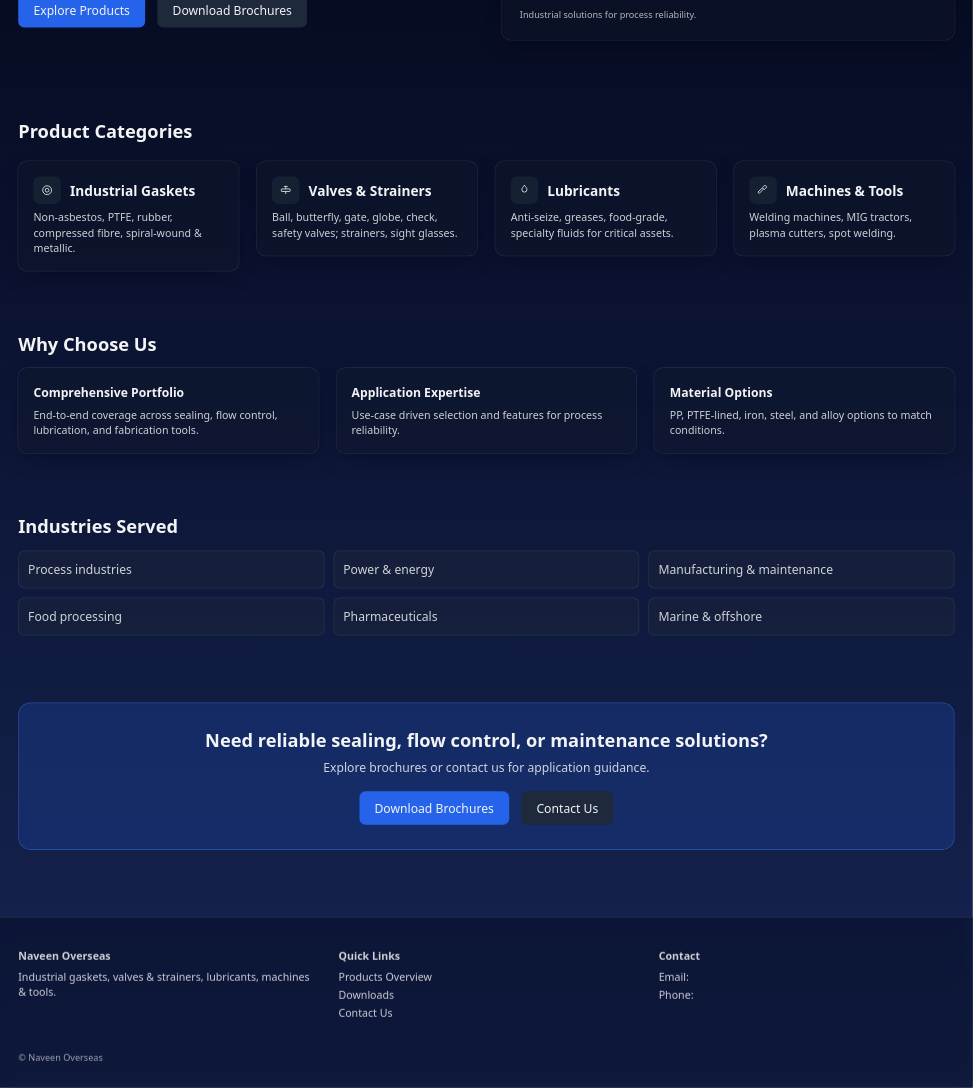
Repository: krish634-ai/overs
Page: /
An editor plug-in stored every save of this project. The page is shown before and after the next save, followed by the edit.
The browser window is 1280 px wide. The pictures show the part of the page from y = 345 to 1920 px (the page is 1776 px tall before and 1920 px after), at 76% of full size.
Pictures or frames that could not be fetched are drawn as grey boxes. The project was rebuilt for these pictures with package versions that can differ from the ones it lists, and the page was loaded fresh each time. Also part of the build but not shown: vite.config.js, src/pages/About.jsx, src/sections/Products/Grid.jsx, src/pages/Products.jsx, src/data/gaskets.js, src/pages/Gaskets.jsx, src/data/valves.js, src/pages/Valves.jsx and 7 more.

Above is the page before, as saved 2025-11-19 19:31:05.

### index.html
<!doctype html>
<html lang="en">
  <head>
    <meta charset="UTF-8" />
    <meta name="viewport" content="width=device-width, initial-scale=1.0" />
    <title>Naveen Overseas</title>
  </head>
  <body>
    <div id="root"></div>
    <script type="module" src="/src/main.jsx"></script>
  </body>
</html>

### src/main.jsx
import React from 'react'
import ReactDOM from 'react-dom/client'
import { BrowserRouter } from 'react-router-dom'
import App from './App.jsx'
import './styles.css'

ReactDOM.createRoot(document.getElementById('root')).render(
  <React.StrictMode>
    <BrowserRouter>
      <App />
    </BrowserRouter>
  </React.StrictMode>
)

### src/App.jsx
import { Routes, Route } from 'react-router-dom'
import Layout from './components/Layout.jsx'
import Home from './pages/Home.jsx'
import About from './pages/About.jsx'
import Products from './pages/Products.jsx'
import Gaskets from './pages/Gaskets.jsx'
import Valves from './pages/Valves.jsx'
import Lubricants from './pages/Lubricants.jsx'
import MachinesTools from './pages/MachinesTools.jsx'
import Contact from './pages/Contact.jsx'
import Downloads from './pages/Downloads.jsx'

export default function App() {
  return (
    <Layout>
      <Routes>
        <Route path="/" element={<Home />} />
        <Route path="/about" element={<About />} />
        <Route path="/products" element={<Products />} />
        <Route path="/gaskets" element={<Gaskets />} />
        <Route path="/valves" element={<Valves />} />
        <Route path="/lubricants" element={<Lubricants />} />
        <Route path="/machines-tools" element={<MachinesTools />} />
        <Route path="/contact" element={<Contact />} />
        <Route path="/downloads" element={<Downloads />} />
      </Routes>
    </Layout>
  )
}

### src/styles.css
@tailwind base;
@tailwind components;
@tailwind utilities;

html, body, #root {
  height: 100%;
}

### src/components/Layout.jsx
import Nav from './Nav.jsx'
import Footer from './Footer.jsx'

export default function Layout({ children }) {
  return (
    <div className="min-h-screen flex flex-col bg-gradient-to-b from-slate-950 to-blue-950 text-gray-100">
      <header className="sticky top-0 z-40 border-b border-slate-800/60 bg-slate-950/60 backdrop-blur">
        <Nav />
      </header>
      <main className="flex-1">{children}</main>
      <Footer />
    </div>
  )
}

### src/pages/Home.jsx
import Hero from '../sections/Home/Hero.jsx'
import Categories from '../sections/Home/Categories.jsx'
import Why from '../sections/Home/Why.jsx'
import Industries from '../sections/Home/Industries.jsx'
import CTA from '../sections/Home/CTA.jsx'

export default function Home() {
  return (
    <div>
      <Hero />
      <Categories />
      <Why />
      <Industries />
      <CTA />
    </div>
  )
}

### src/components/Nav.jsx
import { useState } from 'react'
import { NavLink, Link } from 'react-router-dom'
import { navPrimary, productsDropdown } from '../config/navLinks.js'
import GasketIcon from '../ui/icons/GasketIcon.jsx'
import ValveIcon from '../ui/icons/ValveIcon.jsx'
import LubricantIcon from '../ui/icons/LubricantIcon.jsx'
import ToolsIcon from '../ui/icons/ToolsIcon.jsx'

export default function Nav() {
  const [openProducts, setOpenProducts] = useState(false)
  const [mobileOpen, setMobileOpen] = useState(false)

  const linkClass = ({ isActive }) =>
    `transition-colors hover:text-white ${isActive ? 'text-white' : 'text-white/80'}`

  const productIcons = {
    '/products': ToolsIcon,
    '/gaskets': GasketIcon,
    '/valves': ValveIcon,
    '/lubricants': LubricantIcon,
    '/machines-tools': ToolsIcon,
  }

  return (
    <div className="container mx-auto px-6">
      <div className="flex h-16 items-center justify-between">
        <NavLink to="/" className="text-lg font-semibold tracking-wide">Naveen Overseas</NavLink>
        <div className="hidden md:flex items-center gap-8">
          {navPrimary.map((l) => (
            <NavLink key={l.to} to={l.to} className={linkClass}>{l.label}</NavLink>
          ))}
          <div className="relative">
            <button className="text-white/80 hover:text-white transition-colors inline-flex items-center gap-2" onClick={() => setOpenProducts(v => !v)}>
              Products
              <span className={`transition-transform ${openProducts ? 'rotate-180' : 'rotate-0'}`}>▾</span>
            </button>
            {openProducts && (
              <div className="absolute left-0 mt-3 w-[560px] rounded-xl bg-slate-900/90 backdrop-blur ring-1 ring-white/10 shadow-soft p-6 grid grid-cols-2 gap-4">
                {productsDropdown.map((p, idx) => {
                  const Icon = productIcons[p.to]
                  return (
                    <Link key={p.to} to={p.to} className={`${idx === 0 ? 'col-span-2' : ''} rounded-lg bg-slate-800/40 ring-1 ring-white/10 px-4 py-3 hover:bg-slate-800/60 flex items-center gap-3`}>
                      <div className="h-8 w-8 rounded-md bg-slate-900/60 grid place-items-center text-white/80">{Icon ? <Icon /> : null}</div>
                      <span>{p.label}</span>
                    </Link>
                  )
                })}
              </div>
            )}
          </div>
          <NavLink to="/downloads" className={linkClass}>Downloads</NavLink>
        </div>
        <div className="hidden md:flex items-center gap-3">
          <NavLink to="/contact" className="inline-flex items-center rounded-lg bg-brand px-4 py-2 text-sm font-medium hover:bg-brand-dark">Contact</NavLink>
        </div>
        <button className="md:hidden inline-flex items-center rounded-lg bg-slate-800 px-3 py-2" onClick={() => setMobileOpen(true)}>Menu</button>
      </div>

      {mobileOpen && (
        <div className="fixed inset-0 z-50 bg-slate-950/80 backdrop-blur">
          <div className="absolute inset-x-0 top-0 bg-slate-900/90 p-6 border-b border-white/10">
            <div className="flex items-center justify-between">
              <Link to="/" className="text-lg font-semibold">Naveen Overseas</Link>
              <button className="inline-flex items-center rounded-lg bg-slate-800 px-3 py-2" onClick={() => setMobileOpen(false)}>Close</button>
            </div>
            <div className="mt-6 grid gap-3 text-sm">
              {navPrimary.map((l) => (
                <NavLink key={l.to} to={l.to} className="rounded-lg bg-slate-800/40 px-4 py-3" onClick={() => setMobileOpen(false)}>{l.label}</NavLink>
              ))}
              {productsDropdown.map((p) => {
                const Icon = productIcons[p.to]
                return (
                  <NavLink key={p.to} to={p.to} className="rounded-lg bg-slate-800/40 px-4 py-3 flex items-center gap-3" onClick={() => setMobileOpen(false)}>
                    <div className="h-8 w-8 rounded-md bg-slate-900/60 grid place-items-center text-white/80">{Icon ? <Icon /> : null}</div>
                    <span>{p.label}</span>
                  </NavLink>
                )
              })}
              <NavLink to="/contact" className="rounded-lg bg-brand px-4 py-3 text-center" onClick={() => setMobileOpen(false)}>Contact</NavLink>
            </div>
          </div>
        </div>
      )}
    </div>
  )
}

### src/components/Footer.jsx
export default function Footer() {
  return (
    <footer className="mt-10 border-t border-white/10 bg-slate-950/40 backdrop-blur">
      <div className="container mx-auto px-6 py-10 grid md:grid-cols-3 gap-8 text-sm text-white/80">
        <div>
          <div className="font-semibold">Naveen Overseas</div>
          <p className="mt-2">Industrial gaskets, valves &amp; strainers, lubricants, machines &amp; tools.</p>
        </div>
        <div>
          <div className="font-semibold">Quick Links</div>
          <ul className="mt-2 space-y-1">
            <li><a href="/products" className="hover:text-white/90">Products Overview</a></li>
            <li><a href="/downloads" className="hover:text-white/90">Downloads</a></li>
            <li><a href="/contact" className="hover:text-white/90">Contact Us</a></li>
          </ul>
        </div>
        <div>
          <div className="font-semibold">Contact</div>
          <ul className="mt-2 space-y-1">
            <li>Email: </li>
            <li>Phone: </li>
          </ul>
        </div>
      </div>
      <div className="container mx-auto px-6 pb-8 text-xs text-white/60">&copy; Naveen Overseas</div>
    </footer>
  )
}

### src/sections/Home/Hero.jsx
import LinkButton from '../../ui/LinkButton.jsx'
import Image from '../../ui/Image.jsx'
import { images } from '../../config/images.js'

export default function Hero() {
  return (
    <section className="container mx-auto px-6 py-16">
      <div className="grid md:grid-cols-2 gap-10 items-center">
        <div>
          <h1 className="text-3xl md:text-4xl font-bold leading-tight">Industrial Gaskets, Valves, Lubricants, and Welding Tools</h1>
          <p className="mt-4 text-white/80">Comprehensive solutions for sealing, flow control, and maintenance. From advanced gasket technologies to high-performance valves, specialty lubricants, and welding machines.</p>
          <div className="mt-6 flex gap-4">
            <LinkButton to="/products">Explore Products</LinkButton>
            <LinkButton to="/downloads" variant="secondary">Download Brochures</LinkButton>
          </div>
        </div>
        <div className="rounded-xl bg-slate-900/40 p-6 ring-1 ring-white/10 shadow-soft">
          <div className="h-48 w-full rounded-lg overflow-hidden">
            <Image src={images.hero} alt="Industrial solutions" />
          </div>
          <p className="mt-3 text-xs text-white/70">Industrial solutions for process reliability.</p>
        </div>
      </div>
    </section>
  )
}

### src/sections/Home/Categories.jsx
import { Link } from 'react-router-dom'
import Card from '../../ui/Card.jsx'
import GasketIcon from '../../ui/icons/GasketIcon.jsx'
import ValveIcon from '../../ui/icons/ValveIcon.jsx'
import LubricantIcon from '../../ui/icons/LubricantIcon.jsx'
import ToolsIcon from '../../ui/icons/ToolsIcon.jsx'

export default function Categories() {
  const items = [
    { to: '/gaskets', title: 'Industrial Gaskets', text: 'Non-asbestos, PTFE, rubber, compressed fibre, spiral-wound & metallic.', Icon: GasketIcon },
    { to: '/valves', title: 'Valves & Strainers', text: 'Ball, butterfly, gate, globe, check, safety valves; strainers, sight glasses.', Icon: ValveIcon },
    { to: '/lubricants', title: 'Lubricants', text: 'Anti-seize, greases, food-grade, specialty fluids for critical assets.', Icon: LubricantIcon },
    { to: '/machines-tools', title: 'Machines & Tools', text: 'Welding machines, MIG tractors, plasma cutters, spot welding.', Icon: ToolsIcon },
  ]
  return (
    <section className="container mx-auto px-6 py-10">
      <h2 className="text-2xl font-semibold">Product Categories</h2>
      <div className="mt-6 grid sm:grid-cols-2 lg:grid-cols-4 gap-6">
        {items.map((i) => (
          <Link key={i.to} to={i.to} className="block">
            <Card className="p-5 hover:bg-slate-800/60 transition">
              <div className="flex items-center gap-3">
                <div className="h-9 w-9 rounded-lg bg-slate-800/60 grid place-items-center text-white/80">
                  <i.Icon className="h-5 w-5" />
                </div>
                <h3 className="text-lg font-semibold">{i.title}</h3>
              </div>
              <p className="mt-2 text-sm text-white/80">{i.text}</p>
            </Card>
          </Link>
        ))}
      </div>
    </section>
  )
}

### src/sections/Home/Why.jsx
import Card from '../../ui/Card.jsx'

export default function Why() {
  const items = [
    { title: 'Comprehensive Portfolio', text: 'End-to-end coverage across sealing, flow control, lubrication, and fabrication tools.' },
    { title: 'Application Expertise', text: 'Use-case driven selection and features for process reliability.' },
    { title: 'Material Options', text: 'PP, PTFE-lined, iron, steel, and alloy options to match conditions.' },
  ]
  return (
    <section className="container mx-auto px-6 py-10">
      <h2 className="text-2xl font-semibold">Why Choose Us</h2>
      <div className="mt-4 grid sm:grid-cols-2 lg:grid-cols-3 gap-6">
        {items.map((i) => (
          <Card key={i.title} className="p-5">
            <h3 className="font-semibold">{i.title}</h3>
            <p className="mt-2 text-sm text-white/80">{i.text}</p>
          </Card>
        ))}
      </div>
    </section>
  )
}

### src/sections/Home/Industries.jsx
import { industries } from '../../data/industries.js'
import Card from '../../ui/Card.jsx'

export default function Industries() {
  return (
    <section className="container mx-auto px-6 py-10">
      <h2 className="text-2xl font-semibold">Industries Served</h2>
      <ul className="mt-4 grid sm:grid-cols-2 lg:grid-cols-3 gap-3 text-white/80">
        {industries.map((i) => (
          <li key={i} className="rounded-lg bg-slate-800/40 border border-slate-700/60 p-3">{i}</li>
        ))}
      </ul>
    </section>
  )
}

### src/sections/Home/CTA.jsx
import LinkButton from '../../ui/LinkButton.jsx'

export default function CTA() {
  return (
    <section className="container mx-auto px-6 py-12">
      <div className="rounded-2xl bg-blue-600/20 border border-blue-500/40 p-8 text-center">
        <h2 className="text-2xl font-semibold">Need reliable sealing, flow control, or maintenance solutions?</h2>
        <p className="mt-2 text-white/80">Explore brochures or contact us for application guidance.</p>
        <div className="mt-5 flex justify-center gap-4">
          <LinkButton to="/downloads">Download Brochures</LinkButton>
          <LinkButton to="/contact" variant="secondary">Contact Us</LinkButton>
        </div>
      </div>
    </section>
  )
}

### src/ui/Card.jsx
export default function Card({ children, className = '' }) {
  return (
    <div className={`rounded-xl bg-slate-900/40 ring-1 ring-white/10 shadow-soft ${className}`}>
      {children}
    </div>
  )
}

### src/config/navLinks.js
export const navPrimary = [
  { to: '/', label: 'Home' },
  { to: '/about', label: 'About' },
  { to: '/downloads', label: 'Downloads' },
]

export const productsDropdown = [
  { to: '/products', label: 'Overview' },
  { to: '/gaskets', label: 'Gaskets' },
  { to: '/valves', label: 'Valves & Strainers' },
  { to: '/lubricants', label: 'Lubricants' },
  { to: '/machines-tools', label: 'Machines & Tools' },
]

### src/ui/icons/GasketIcon.jsx
export default function GasketIcon({ className = 'h-5 w-5' }) {
  return (
    <svg viewBox="0 0 24 24" fill="none" xmlns="http://www.w3.org/2000/svg" className={className}>
      <circle cx="12" cy="12" r="7" stroke="currentColor" strokeWidth="1.5" />
      <circle cx="12" cy="12" r="3" stroke="currentColor" strokeWidth="1.5" />
    </svg>
  )
}

### src/ui/icons/ValveIcon.jsx
export default function ValveIcon({ className = 'h-5 w-5' }) {
  return (
    <svg viewBox="0 0 24 24" fill="none" xmlns="http://www.w3.org/2000/svg" className={className}>
      <rect x="5" y="10" width="14" height="4" rx="1" stroke="currentColor" strokeWidth="1.5" />
      <path d="M12 10V6M12 18v-4" stroke="currentColor" strokeWidth="1.5" />
      <path d="M9 6h6" stroke="currentColor" strokeWidth="1.5" />
    </svg>
  )
}

### src/ui/icons/LubricantIcon.jsx
export default function LubricantIcon({ className = 'h-5 w-5' }) {
  return (
    <svg viewBox="0 0 24 24" fill="none" xmlns="http://www.w3.org/2000/svg" className={className}>
      <path d="M12 4c2 3 4 4.5 4 7a4 4 0 1 1-8 0c0-2.5 2-4 4-7Z" stroke="currentColor" strokeWidth="1.5" />
    </svg>
  )
}

### src/ui/icons/ToolsIcon.jsx
export default function ToolsIcon({ className = 'h-5 w-5' }) {
  return (
    <svg viewBox="0 0 24 24" fill="none" xmlns="http://www.w3.org/2000/svg" className={className}>
      <path d="M15 4l3 3-4 4-3-3 4-4Z" stroke="currentColor" strokeWidth="1.5" />
      <path d="M10 9l-6 6 2 2 6-6-2-2Z" stroke="currentColor" strokeWidth="1.5" />
    </svg>
  )
}

### src/ui/LinkButton.jsx
import { Link } from 'react-router-dom'

export default function LinkButton({ to, variant = 'primary', children, className = '' }) {
  const base = 'inline-flex items-center rounded-lg px-5 py-2.5 font-medium transition'
  const variants = {
    primary: 'bg-brand hover:bg-brand-dark',
    secondary: 'bg-slate-800 hover:bg-slate-700',
  }
  return (
    <Link to={to} className={`${base} ${variants[variant]} ${className}`}>
      {children}
    </Link>
  )
}

### src/ui/Image.jsx
export default function Image({ src, alt, className = '' }) {
  return (
    <img src={src} alt={alt} className={`w-full h-full object-cover ${className}`} loading="lazy" />
  )
}

### src/config/images.js
export const images = {
  hero: 'https://source.unsplash.com/1600x900/?industrial,factory,plant',
  categories: {
    gaskets: 'https://source.unsplash.com/800x600/?gasket,flange,metal',
    valves: 'https://source.unsplash.com/800x600/?valve,pipeline,industrial',
    lubricants: 'https://source.unsplash.com/800x600/?lubricant,grease,industry',
    tools: 'https://source.unsplash.com/800x600/?welding,machine,workshop',
  },
  gaskets: {
    nonAsbestos: 'https://source.unsplash.com/800x600/?gasket,industrial,safety',
    ptfe: 'https://source.unsplash.com/800x600/?ptfe,chemical,process',
    rubber: 'https://source.unsplash.com/800x600/?rubber,sealing,gasket',
    compressedFibre: 'https://source.unsplash.com/800x600/?fiber,gasket,joint',
    spiralMetallic: 'https://source.unsplash.com/1200x600/?metal,gasket,spiral',
  },
  valves: {
    ball: 'https://source.unsplash.com/800x600/?ball,valve,pipeline',
    butterfly: 'https://source.unsplash.com/800x600/?butterfly,valve,industrial',
    gate: 'https://source.unsplash.com/800x600/?gate,valve,pipe',
    globe: 'https://source.unsplash.com/800x600/?globe,valve,process',
    check: 'https://source.unsplash.com/800x600/?check,valve,flow',
    safety: 'https://source.unsplash.com/800x600/?safety,valve,pressure',
    strainers: 'https://source.unsplash.com/800x600/?strainer,pipeline',
    sightGlass: 'https://source.unsplash.com/800x600/?sight,glass,process',
  },
  lubricants: {
    antiSeize: 'https://source.unsplash.com/800x600/?lubricant,maintenance',
    greases: 'https://source.unsplash.com/800x600/?grease,lubrication',
    foodGrade: 'https://source.unsplash.com/800x600/?food,processing,machinery',
    specialty: 'https://source.unsplash.com/800x600/?industrial,gear,rope',
  },
  machines: {
    welding: 'https://source.unsplash.com/800x600/?welding,arc,workshop',
    migTractor: 'https://source.unsplash.com/800x600/?mig,welding,automation',
    plasma: 'https://source.unsplash.com/800x600/?plasma,cutting,metal',
    spot: 'https://source.unsplash.com/800x600/?spot,welding,sheet',
  },
  downloads: {
    gaskets: 'https://source.unsplash.com/800x600/?gasket,metal',
    valves: 'https://source.unsplash.com/800x600/?valve,pipeline',
    lubricants: 'https://source.unsplash.com/800x600/?lubricant,maintenance',
    machines: 'https://source.unsplash.com/800x600/?welding,machine',
    company: 'https://source.unsplash.com/800x600/?industrial,factory',
  },
}

### src/data/industries.js
export const industries = [
  'Process industries',
  'Power & energy',
  'Manufacturing & maintenance',
  'Food processing',
  'Pharmaceuticals',
  'Marine & offshore',
]

### tailwind.config.js
export default {
  content: [
    './index.html',
    './src/**/*.{js,jsx,ts,tsx}',
  ],
  theme: {
    extend: {
      colors: {
        brand: {
          DEFAULT: '#2563eb',
          dark: '#1e40af',
        },
      },
      boxShadow: {
        soft: '0 10px 30px -10px rgba(2, 6, 23, 0.6)',
      },
    },
  },
  plugins: [],
}

After the next save:
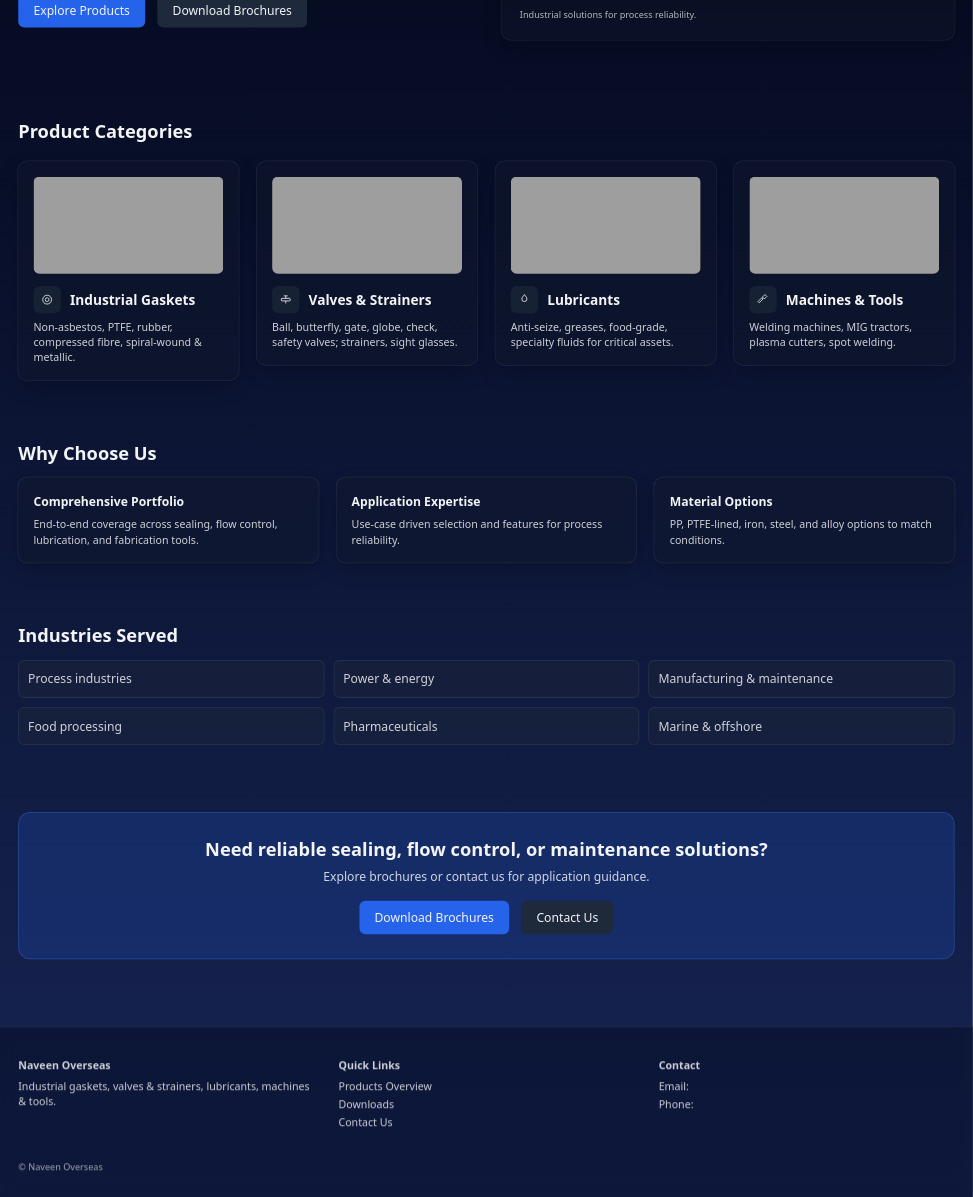
Saved 2 s later.
--- a/src/sections/Home/Categories.jsx
+++ b/src/sections/Home/Categories.jsx
@@ -1,5 +1,7 @@
 import { Link } from 'react-router-dom'
 import Card from '../../ui/Card.jsx'
+import Image from '../../ui/Image.jsx'
+import { images } from '../../config/images.js'
 import GasketIcon from '../../ui/icons/GasketIcon.jsx'
 import ValveIcon from '../../ui/icons/ValveIcon.jsx'
 import LubricantIcon from '../../ui/icons/LubricantIcon.jsx'
@@ -7,10 +9,10 @@ import ToolsIcon from '../../ui/icons/ToolsIcon.jsx'
 
 export default function Categories() {
   const items = [
-    { to: '/gaskets', title: 'Industrial Gaskets', text: 'Non-asbestos, PTFE, rubber, compressed fibre, spiral-wound & metallic.', Icon: GasketIcon },
-    { to: '/valves', title: 'Valves & Strainers', text: 'Ball, butterfly, gate, globe, check, safety valves; strainers, sight glasses.', Icon: ValveIcon },
-    { to: '/lubricants', title: 'Lubricants', text: 'Anti-seize, greases, food-grade, specialty fluids for critical assets.', Icon: LubricantIcon },
-    { to: '/machines-tools', title: 'Machines & Tools', text: 'Welding machines, MIG tractors, plasma cutters, spot welding.', Icon: ToolsIcon },
+    { to: '/gaskets', imgKey: 'gaskets', title: 'Industrial Gaskets', text: 'Non-asbestos, PTFE, rubber, compressed fibre, spiral-wound & metallic.', Icon: GasketIcon },
+    { to: '/valves', imgKey: 'valves', title: 'Valves & Strainers', text: 'Ball, butterfly, gate, globe, check, safety valves; strainers, sight glasses.', Icon: ValveIcon },
+    { to: '/lubricants', imgKey: 'lubricants', title: 'Lubricants', text: 'Anti-seize, greases, food-grade, specialty fluids for critical assets.', Icon: LubricantIcon },
+    { to: '/machines-tools', imgKey: 'tools', title: 'Machines & Tools', text: 'Welding machines, MIG tractors, plasma cutters, spot welding.', Icon: ToolsIcon },
   ]
   return (
     <section className="container mx-auto px-6 py-10">
@@ -19,6 +21,9 @@ export default function Categories() {
         {items.map((i) => (
           <Link key={i.to} to={i.to} className="block">
             <Card className="p-5 hover:bg-slate-800/60 transition">
+              <div className="h-32 w-full rounded-lg overflow-hidden mb-4">
+                <Image src={images.categories[i.imgKey]} alt={i.title} />
+              </div>
               <div className="flex items-center gap-3">
                 <div className="h-9 w-9 rounded-lg bg-slate-800/60 grid place-items-center text-white/80">
                   <i.Icon className="h-5 w-5" />
